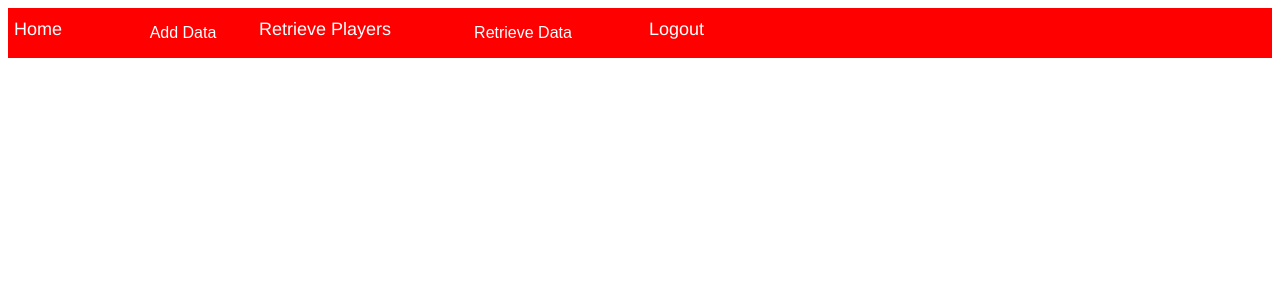
Repository: prm2711/javaapps
Page: http://localhost/Tournament/front.jsp
The author's editor kept a copy of each file at every save. The page is drawn from the files as they stood at one save, then again after the next save.
The browser window is 1280 px wide. The pictures show the whole page.
The page is served by Tomcat 9. The session is filled in as if someone had signed in: {"name": "admin", "username": "admin"}.

Above is the page before, as saved 2018-01-29 11:04:10.

After the next save:
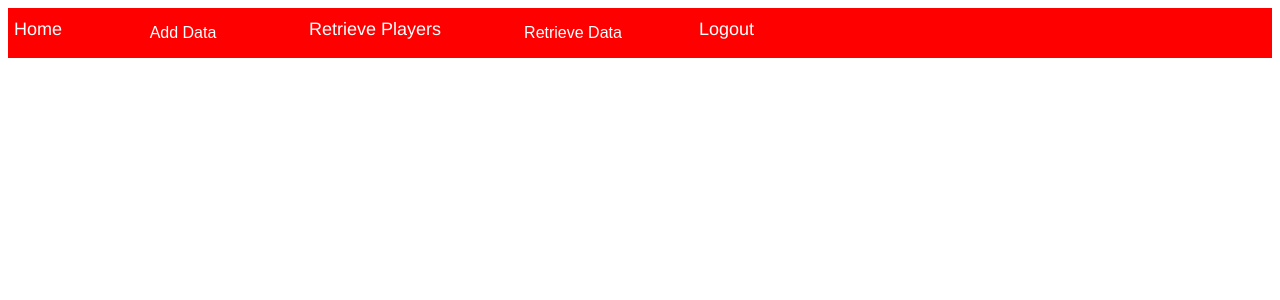
Saved 2 min 5 s later.
--- a/eclipse-workspace/Tournament/WebContent/css/front.css
+++ b/eclipse-workspace/Tournament/WebContent/css/front.css
@@ -33,6 +33,10 @@ li {
 .addtour,.retrieve {
 	width: 170px;
 	position: relative;
+}
+
+.retrieve {
+	margin-left: 50px;
 }
 
 .twoplayers,.playertour {
